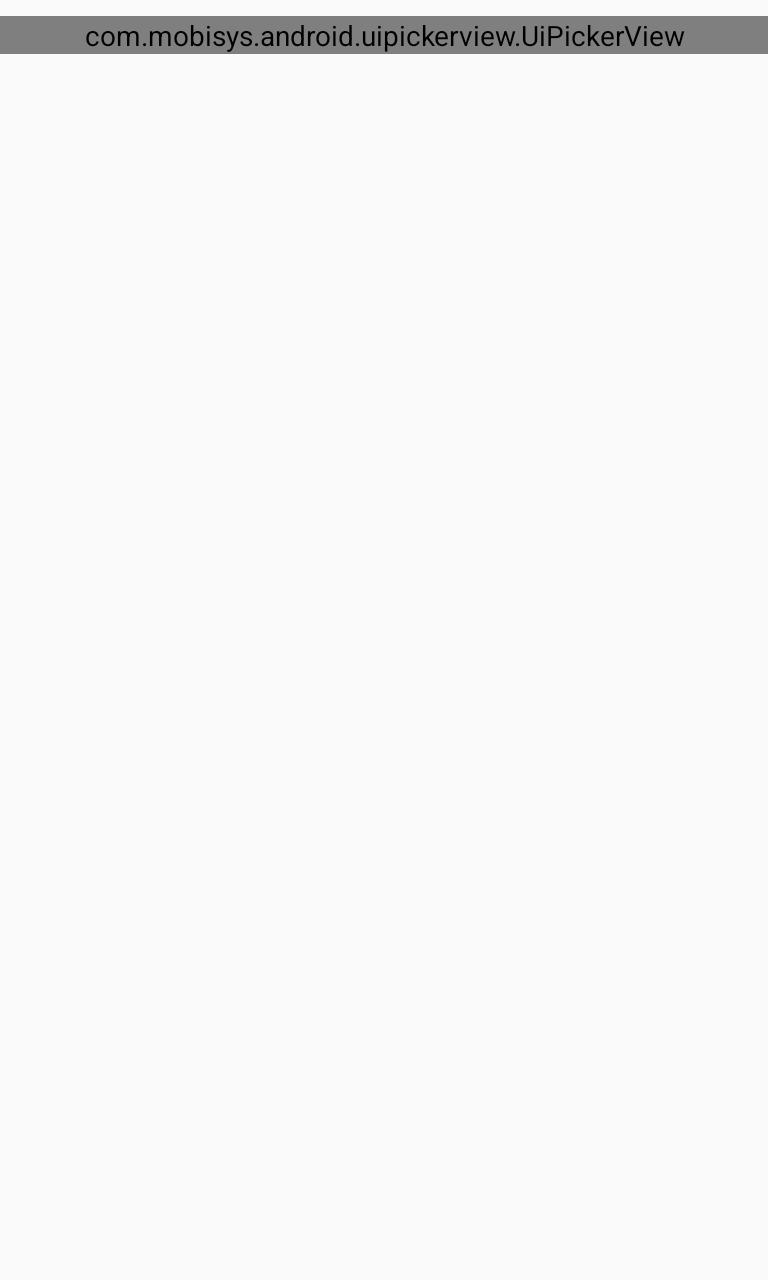
Repository: HighAley/android-uipicker
Layout: android-ui-picker-view/res/layout/activity_main.xml
These files come from the project's save history. The layout is drawn as it stood at one moment and after the next save; the edit follows.
Pictures or frames that could not be fetched are drawn as grey boxes. It is drawn on a 768 x 1280 px phone screen (xhdpi) without system bars, with theme AppTheme; the app's code is not run.

Above is the layout before, as saved 2014-10-02 13:25:33.

After the next save:
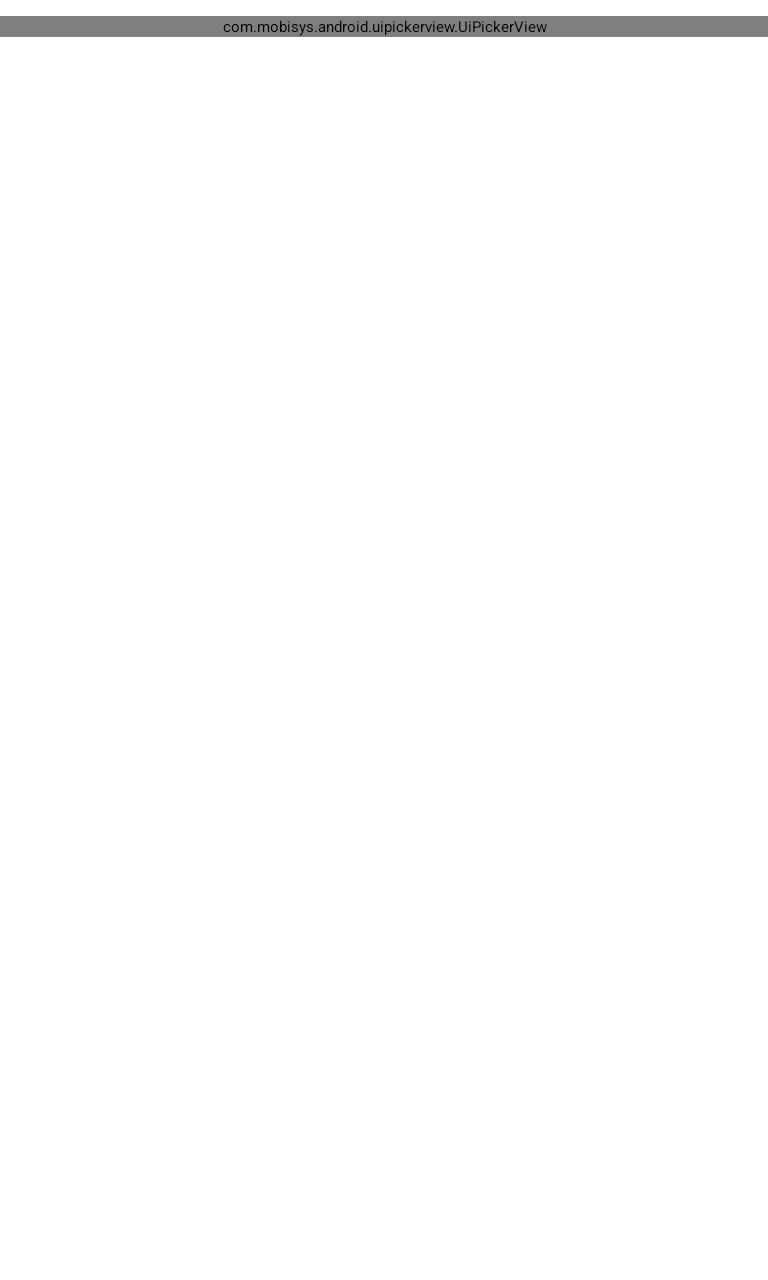
Saved 66 s later.
--- a/android-ui-picker-view/res/values/styles.xml
+++ b/android-ui-picker-view/res/values/styles.xml
@@ -4,7 +4,7 @@
         Base application theme, dependent on API level. This theme is replaced
         by AppBaseTheme from res/values-vXX/styles.xml on newer devices.
     -->
-    <style name="AppBaseTheme" parent="Theme.AppCompat.Light">
+    <style name="AppBaseTheme">
         <!--
             Theme customizations available in newer API levels can go in
             res/values-vXX/styles.xml, while customizations related to
